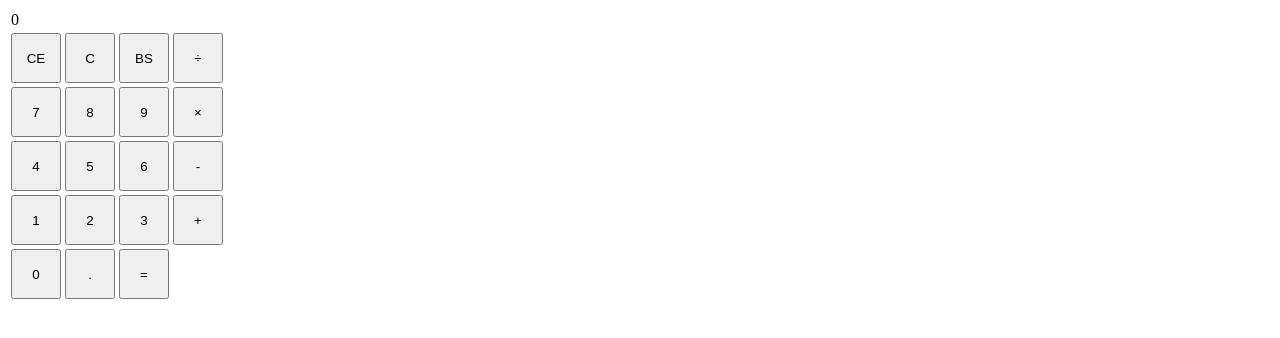
Repository: yunBibi/newlecture_jsp
Page: Test/src/main/webapp/calc3.html
The author's editor kept a copy of each file at every save. The page is drawn from the files as they stood at one save, then again after the next save.
The browser window is 1280 px wide. The pictures show the whole page.

Above is the page before, as saved 2021-12-04 07:21:25.

### Test/src/main/webapp/calc3.html
<!DOCTYPE html>
<html>
<head>
<meta charset="UTF-8">
<title>Insert title here</title>
<style>
input{
	width:50px;
	height:50px;
}
</style>
</head>
<body>
	<form action="calc3" method="post">
		<table>
			<tr>
				<td colspan="4">0</td>
			</tr>
			<tr>
				<td><input type="submit" name="operator" value="CE" /></td>
				<td><input type="submit" name="operator" value="C" /></td>
				<td><input type="submit" name="operator" value="BS" /></td>
				<td><input type="submit" name="operator" value="÷" /></td>
			</tr>
			<tr>
				<td><input type="submit" name="operator" value="7" /></td>
				<td><input type="submit" name="operator" value="8" /></td>
				<td><input type="submit" name="operator" value="9" /></td>
				<td><input type="submit" name="operator" value="×" /></td>
			</tr>
			<tr>
				<td><input type="submit" name="operator" value="4" /></td>
				<td><input type="submit" name="operator" value="5" /></td>
				<td><input type="submit" name="operator" value="6" /></td>
				<td><input type="submit" name="operator" value="-" /></td>
			</tr>
			<tr>
				<td><input type="submit" name="operator" value="1" /></td>
				<td><input type="submit" name="operator" value="2" /></td>
				<td><input type="submit" name="operator" value="3" /></td>
				<td><input type="submit" name="operator" value="+" /></td>
			</tr>
			<tr>
				<td><input type="submit" name="operator" value="0" /></td>
				<td><input type="submit" name="operator" value="." /></td>
				<td><input type="submit" name="operator" value="=" /></td>
			</tr>

		</table>
	</form>
</body>
</html>

After the next save:
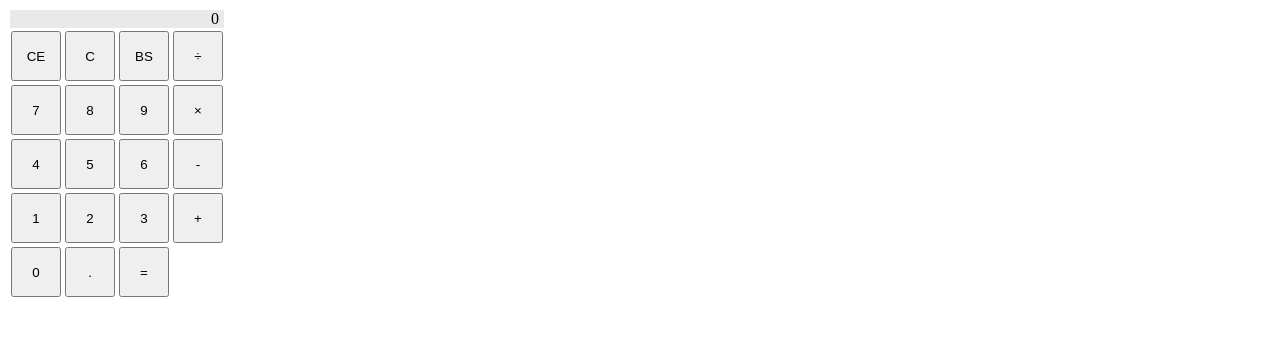
Saved 87 s later.
--- a/Test/src/main/webapp/calc3.html
+++ b/Test/src/main/webapp/calc3.html
@@ -8,13 +8,22 @@
 	width:50px;
 	height:50px;
 }
+.output{
+	heigt:50px;
+	background: #e9e9e9;
+	font-size: 24ps;
+	font-style: bold;
+	text-align: right;
+	padding: 0px 5px;
+}
+
 </style>
 </head>
 <body>
 	<form action="calc3" method="post">
 		<table>
 			<tr>
-				<td colspan="4">0</td>
+				<td class="output" colspan="4">0</td>
 			</tr>
 			<tr>
 				<td><input type="submit" name="operator" value="CE" /></td>
